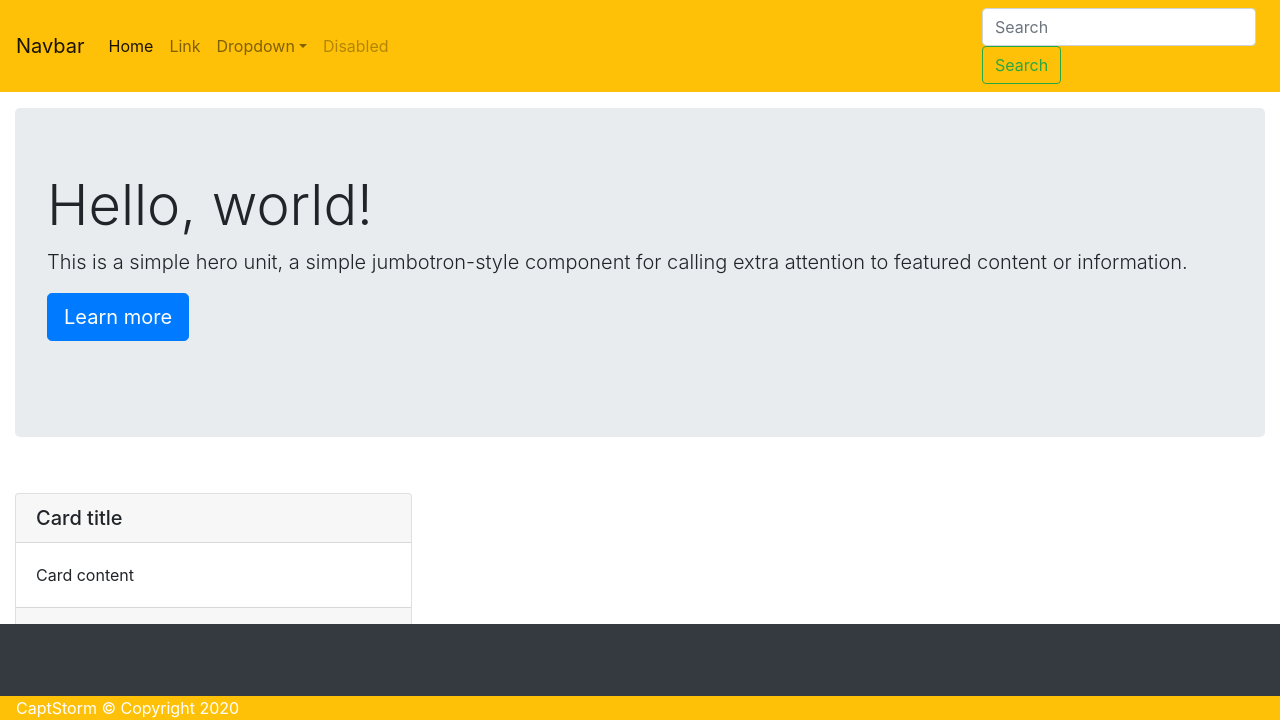
Repository: CaptainStorm21/complete-react16-bootstrap-passing-props
Page: /
An editor plug-in stored every save of this project. The page is shown before and after the next save, followed by the edit.
The browser window is 1280 px wide. The pictures show the whole page.
The project was rebuilt for these pictures with package versions that can differ from the ones it lists, and the page was loaded fresh each time.

Above is the page before, as saved 2020-04-23 14:20:44.

### public/index.html
<!DOCTYPE html>
<html lang="en">
<head>
  <title>Bootstrap Example</title>
  <meta charset="utf-8">
  <meta name="viewport" content="width=device-width, initial-scale=1">
  <link rel="stylesheet" href="https://maxcdn.bootstrapcdn.com/bootstrap/4.4.1/css/bootstrap.min.css">
  <script src="https://ajax.googleapis.com/ajax/libs/jquery/3.4.1/jquery.min.js"></script>
  <script src="https://cdnjs.cloudflare.com/ajax/libs/popper.js/1.16.0/umd/popper.min.js"></script>
  <script src="https://maxcdn.bootstrapcdn.com/bootstrap/4.4.1/js/bootstrap.min.js"></script>
</head>
<body>
<div id="root"></div>

</body>
</html>

### src/index.js
import React from 'react';
import ReactDOM from 'react-dom';
import './style.css';
import App from './App';
import * as serviceWorker from './serviceWorker';


ReactDOM.render(
  <React.StrictMode>
    <App />
  </React.StrictMode>,
  document.getElementById('root')
);

// If you want your app to work offline and load faster, you can change
// unregister() to register() below. Note this comes with some pitfalls.
// Learn more about service workers: https://bit.ly/CRA-PWA
serviceWorker.unregister();

### src/style.css




body {
  margin: 0;
  font-family: -apple-system, BlinkMacSystemFont, 'Segoe UI', 'Roboto', 'Oxygen',
    'Ubuntu', 'Cantarell', 'Fira Sans', 'Droid Sans', 'Helvetica Neue',
    sans-serif;
  -webkit-font-smoothing: antialiased;
  -moz-osx-font-smoothing: grayscale;
}

.footer {
  position: absolute;
  bottom: 0;
  width: 100%;
  height: 60px; /* Set the fixed height of the footer here */
  line-height: 60px; /* Vertically center the text there */
  background-color: purple;
}

### src/App.js
import React from "react";
import Main from "./components/Main";
import ContanerCard from "./components/ContainerCard";

import Header from "./components/layout/Header";
import Footer from "./components/layout/Footer";

function App() {
  return (
    <div>
      <Header />
      <div classNameName="container-fluid">
        <div className="col-lg-12 py-3">
          <Main />
        </div>
        <div className="container-fluid">
          <div className="row">
            <ContanerCard />
          </div>
        </div>
        <Footer />
      </div>
    </div>
  );
}

export default App;

### src/components/Main.js
import React from "react";

function Main() {
  return (
    <div className="jumbotron">
      <h1 className="display-4">Hello, world!</h1>
      <p className="lead">
        This is a simple hero unit, a simple jumbotron-style component for
        calling extra attention to featured content or information.
        <p className = "py-3">
        <a className="btn btn-primary btn-lg" href="#" role="button">
          Learn more
        </a>
        </p>
      </p>
    </div>
  );
}

export default Main;

### src/components/ContainerCard.js
import React from "react";

function ContainerCard() {
  return (
    <div className="col-md-4 col-lg-4 py-2">
    <div className="card">
      <h5 className="card-header">Card title</h5>
      <div className="card-body">
        <p className="card-text">Card content</p>
      </div>
      <div className="card-footer">Card footer</div>
    </div>
    </div>
  );
}

export default ContainerCard;

### src/components/layout/Header.js
import React from "react";
import Navbar from "./Navbar";

function Header() {
  return (
    <nav className="navbar navbar-expand-lg navbar-light bg-warning">
              <Navbar />
    </nav>
  );
}

export default Header;

### src/components/layout/Footer.js
import React from "react";

function Footer() {
  return (
    <footer className="bg-dark py-5 fixed-bottom ">
      <div className="container"></div>
      <div className="container-fluid">
        <div className="row bg-info">
        <div className="bg-warning fixed-bottom">
          <span className="p-3 text-white">
            CaptStorm &copy; Copyright 2020
          </span>
        </div>        </div>
      </div>
    </footer>
  );
}

export default Footer;

### src/components/layout/Navbar.js
import React from "react";
import "./Nav.css";

function Navbar() {
  return (
    <>
   <a className="navbar-brand" href="/">Navbar</a>
        <button className="navbar-toggler" type="button" data-toggle="collapse" data-target="#navbarSupportedContent" aria-controls="navbarSupportedContent" aria-expanded="false" aria-label="Toggle navigation">
          <span className="navbar-toggler-icon"></span>
        </button>

        <div className="collapse navbar-collapse" id="navbarSupportedContent">
          <ul className="navbar-nav mr-auto">
            <li className="nav-item active">
              <a className="nav-link" href="/">Home <span className="sr-only">(current)</span></a>
            </li>
            <li className="nav-item">
              <a className="nav-link" href="/">Link</a>
            </li>
            <li className="nav-item dropdown">
              <a className="nav-link dropdown-toggle" href="/" id="navbarDropdown" role="button" data-toggle="dropdown" aria-haspopup="true" aria-expanded="false">
                Dropdown
              </a>
              <div className="dropdown-menu" aria-labelledby="navbarDropdown">
                <a className="dropdown-item" href="/">Action</a>
                <a className="dropdown-item" href="/">Another action</a>
                <div className="dropdown-divider"></div>
                <a className="dropdown-item" href="/">Something else here</a>
              </div>
            </li>
            <li className="nav-item">
              <a className="nav-link disabled" href="/">Disabled</a>
            </li>
          </ul>
          <div className = "pull-right">
          <form className="form-inline my-2 my-lg-0 pull-right ">
            <input className="form-control mr-sm-2" type="search" placeholder="Search" aria-label="Search" />
            <button className="btn btn-outline-success my-2 my-sm-0" type="submit">Search</button>
          </form></div>
        </div>
  </>
)
}

export default Navbar;

### src/components/layout/Nav.css
@media (min-width: 768px) {
    .navbar-nav {
      width: 100%;
      text-align: center;
    }
    .navbar-nav > li {
      float: none;
      display: inline-block;
    }
    .navbar-nav > li.navbar-right {
      float: right !important;
    }
  }

Loaded but not shown: src/serviceWorker.js (common file)

After the next save:
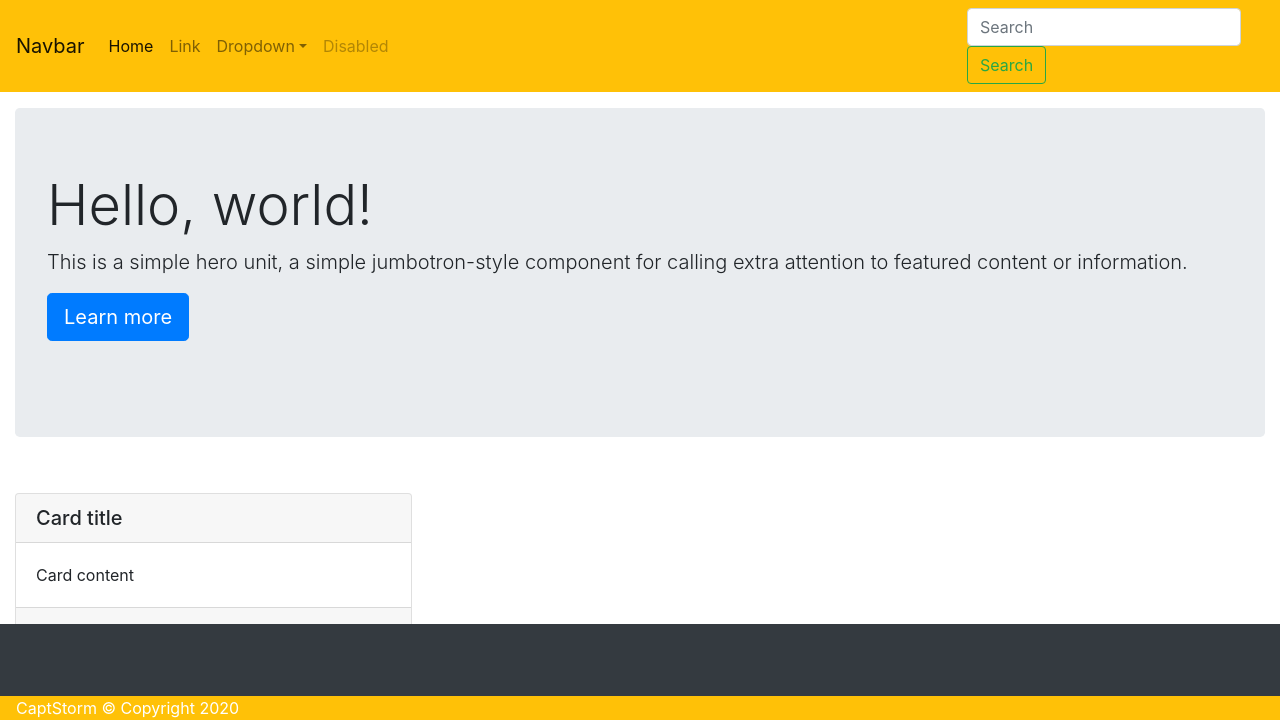
Saved 8 s later.
--- a/src/components/layout/Navbar.js
+++ b/src/components/layout/Navbar.js
@@ -33,7 +33,7 @@ function Navbar() {
             </li>
           </ul>
           <div className = "pull-right">
-          <form className="form-inline my-2 my-lg-0 pull-right ">
+          <form className="form-inline my-2 my-lg-0 col-3">
             <input className="form-control mr-sm-2" type="search" placeholder="Search" aria-label="Search" />
             <button className="btn btn-outline-success my-2 my-sm-0" type="submit">Search</button>
           </form></div>
